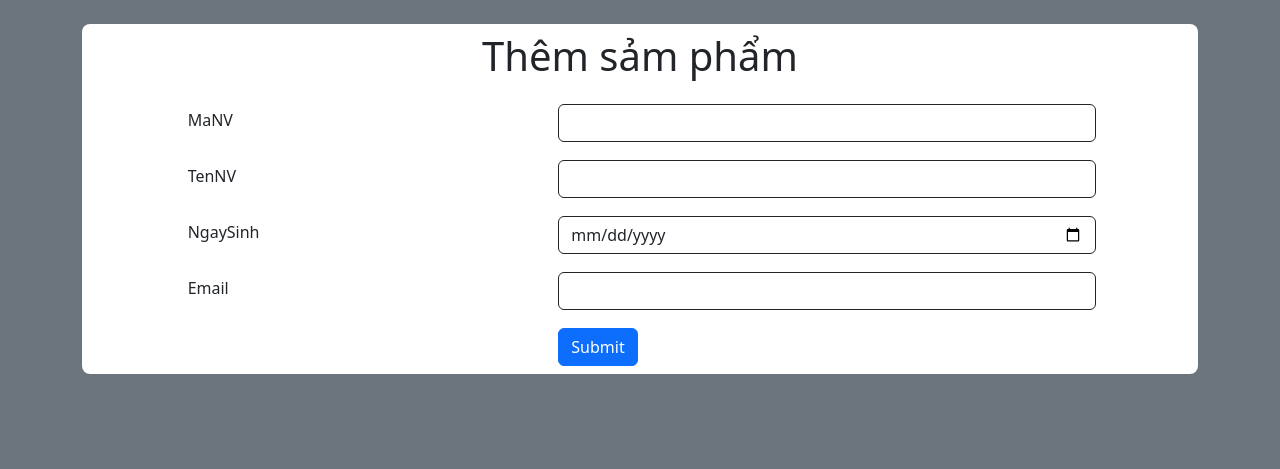
Repository: HT-35/iuh
Page: thi GK/index.html
These files come from the project's save history. The page is drawn as it stood at one moment and after a run of saves; the edit follows.
The browser window is 1280 px wide. The pictures show the whole page.

Above is the page before, as saved 2024-03-28 07:06:31.

### thi GK/index.html
<!DOCTYPE html>
<html lang="en">

<head>
  <meta charset="UTF-8">
  <meta name="viewport" content="width=device-width, initial-scale=1.0">
  <title>Call API from Form Input</title>
  <link href="https://cdn.jsdelivr.net/npm/bootstrap@5.3.3/dist/css/bootstrap.min.css" rel="stylesheet">
</head>

<body class="container bg-secondary">

  <div class="row">

    <!-- <div class="col-sm-3 col-md-3 col-lg-3"></div> -->

    <div class="col-12 col-sm-12 col-md-12 col-lg-12">
      <div class="  bg-white rounded-3 p-2 w-100 mt-4">
        <div class="row">

          <div class="title col-12 col-sm-12 col-md-12 col-lg-12">
            <h1 class="text-center">Thêm sảm phẩm</h1>
          </div>
        </div>

        <form action="#" class="">
          <div class="mb-3 mt-3 row">
            <div class="col-0 col-sm-2 col-md-2 col-lg-1  ">

            </div>
            <div class="col-6 col-sm-4 col-md-4 col-lg-4  ">
              <label for="name-product" class="form-label p-1">MaNV</label>
            </div>
            <div class="col-6 col-sm-6 col-md-6 col-lg-6">
              <input type="text" class="form-control border border-dark" id="MaNV" placeholder="" name="name-product">
            </div>
          </div>



          <div class="mb-3 mt-3 row">
            <div class="col-0 col-sm-2 col-md-2 col-lg-1  ">

            </div>
            <div class="col-6 col-sm-4 col-md-4 col-lg-4  ">
              <label for="price" class="form-label p-1">TenNV</label>
            </div>
            <div class="col-6 col-sm-6 col-md-6 col-lg-6"><input type="text" class="form-control border border-dark"
                id="TenNV" placeholder="" name="price"></div>
          </div>

          <div class="mb-3 mt-3 row">
            <div class="col-0 col-sm-2 col-md-2 col-lg-1  ">

            </div>
            <div class="col-6 col-sm-4 col-md-4 col-lg-4  ">
              <label for="price" class="form-label p-1">NgaySinh</label>
            </div>
            <div class="col-6 col-sm-6 col-md-6 col-lg-6"><input type="date" class="form-control border border-dark"
                id="NgaySinh" placeholder="" name="price"></div>
          </div>


          <div class="mb-3 mt-3 row">
            <div class="col-0 col-sm-2 col-md-2 col-lg-1  ">

            </div>
            <div class="col-6 col-sm-4 col-md-4 col-lg-4  ">
              <label for="price" class="form-label p-1">Email</label>
            </div>
            <div class="col-6 col-sm-6 col-md-6 col-lg-6"><input type="email" class="form-control border border-dark"
                id="Email" placeholder="" name="price"></div>
          </div>


          <div class="row">
            <div class=" col-4 col-sm-5 col-md-5 col-lg-5 "></div>
            <div class=" col-6 col-sm-3 col-md-3 col-lg-3 "><button type="button"
                class="btn  btn-primary">Submit</button>
            </div>
            <div class=" col-6 col-sm-4 col-md-4 col-lg-4 "></div>

          </div>

          <div class="insertData">
            <!-- <div class="title col-12 col-sm-12 col-md-12 col-lg-12">
              <h1 class="text-center">Thêm Sẩn Phẩm Thành Công</h1>
            </div>
            <div class="table-responsive">
              <table class="table">
                <thead>
                  <tr>
                    <th>STT</th>
                    <th>MaNV</th>
                    <th>TenNV</th>
                    <th>NgaySinh</th>
                    <th>GioiTinh</th>
                    <th>Email</th>
                  </tr>
                </thead>
                <tbody id="insertData"> -->
            <!-- <tr>
                                      <th scope="row">1</th>
                                      <td>iphone 15</td>
                                      <td>15.000.000</td>
                                      <td>iphone 15</td>
                                      <td>15.000.000</td>
                                      <td>15.000.000</td>
                                    </tr> -->

            </tbody>
            </table>
          </div>
      </div>
      </form>
      <div id="result"></div>
    </div>

  </div>


  <!-- <div class="col-sm-3 col-md-3 col-lg-3"></div> -->
  </div>



  <script src="https://cdn.jsdelivr.net/npm/bootstrap@5.3.3/dist/js/bootstrap.bundle.min.js"></script>
  <script src="./js/script.js"></script>
</body>

</html>

### thi GK/js/script.js
document.addEventListener("DOMContentLoaded", async () => {
  const btn = document.querySelector(".btn");

  const callApi = async (product) => {
    const res = await fetch("http://localhost:3000/product/create", {
      method: "POST",
      headers: {
        "Content-Type": "application/json", // Thêm header Content-Type
      },
      body: JSON.stringify(product),
    });
    const data = await res.json();
    return data;
  };

  btn.addEventListener("click", async () => {
    const nameProduct = document.querySelector("#name-product").value;
    const price = document.querySelector("#price").value;

    MaNV;
    TenNV;
    NgaySinh;

    Email;

    const product = {
      product: nameProduct,
      price: price,
    };

    const dataApi = await callApi(product);
    console.log(dataApi);
    // const { product, price } = dataApi.data;

    if (dataApi.status) {
      const insertData = document.querySelector("#insertData");
      const { product, price } = dataApi.data;

      const template = `
                  <div class="title col-12 col-sm-12 col-md-12 col-lg-12">
              <h1 class="text-center">Thêm Sẩn Phẩm Thành Công</h1>
            </div>
            <div class="table-responsive">
              <table class="table">
                <thead>
                  <tr>
                    <th>STT</th>
                    <th>MaNV</th>
                    <th>TenNV</th>
                    <th>NgaySinh</th>
                    <th>GioiTinh</th>
                    <th>Email</th>
                  </tr>
                </thead>
                <tbody id="insertData">
              <tr>
                                      <th scope="row">1</th>
                                      <td>${product}</td>
                                      <td>${price}</td>
                                      <td>${product}</td>
                                      <td>${price}</td>
                                      <td>${price}</td>
              </tr>

           `;
      insertData.insertAdjacentHTML("beforeend", template);
    }
    // console.log(product);
  });
});

After the next 3 saves:
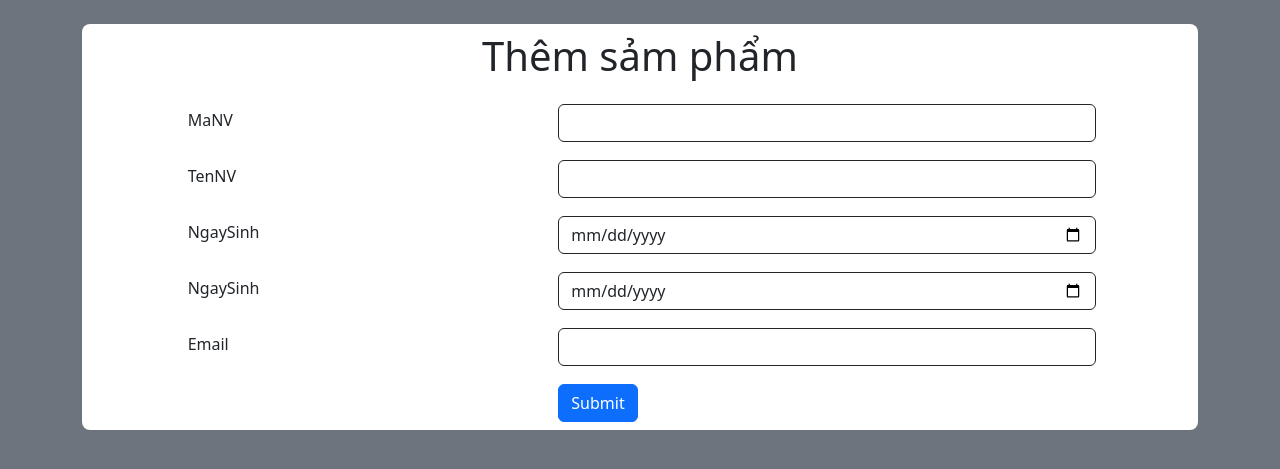
The 3 saves are shown as one change because they came seconds apart.
The last was saved 35 s later.
--- a/thi GK/index.html
+++ b/thi GK/index.html
@@ -49,6 +49,16 @@
                 id="TenNV" placeholder="" name="price"></div>
           </div>
 
+          <div class="mb-3 mt-3 row">
+            <div class="col-0 col-sm-2 col-md-2 col-lg-1  ">
+
+            </div>
+            <div class="col-6 col-sm-4 col-md-4 col-lg-4  ">
+              <label for="price" class="form-label p-1">NgaySinh</label>
+            </div>
+            <div class="col-6 col-sm-6 col-md-6 col-lg-6"><input type="date" class="form-control border border-dark"
+                id="NgaySinh" placeholder="" name="price"></div>
+          </div>
           <div class="mb-3 mt-3 row">
             <div class="col-0 col-sm-2 col-md-2 col-lg-1  ">
 
